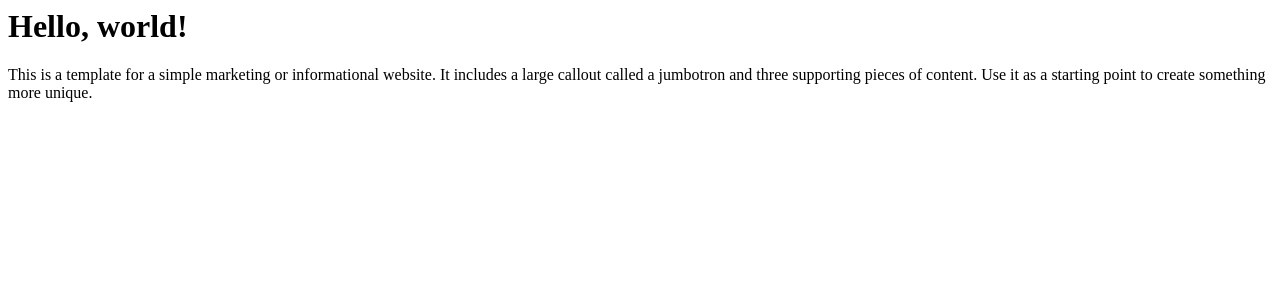
Repository: wwanglsu/MyCodes
Page: mars/angular-jaxrs-demo/WebContent/partials/about.html
An editor plug-in stored every save of this project. The page is shown before and after the next save, followed by the edit.
The browser window is 1280 px wide. The pictures show the whole page.

Above is the page before, as saved 2015-12-11 09:32:43.

After the next save:
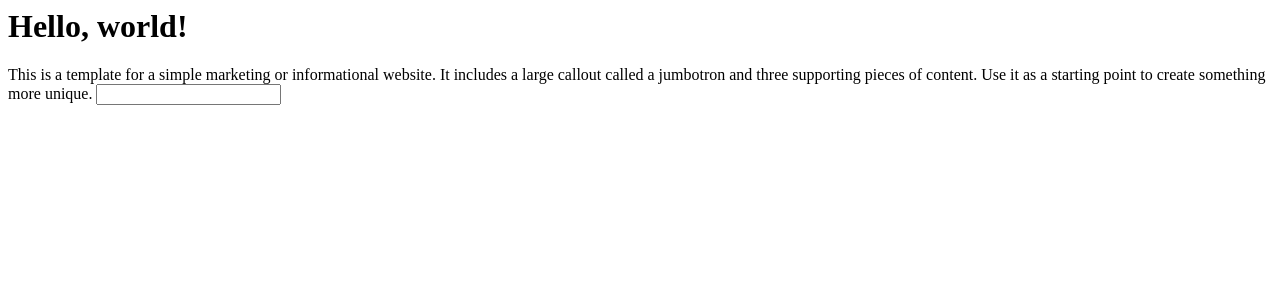
Saved 115 s later.
--- a/mars/angular-jaxrs-demo/WebContent/partials/about.html
+++ b/mars/angular-jaxrs-demo/WebContent/partials/about.html
@@ -1,8 +1,9 @@
-<div class="jumbotron">
+<div class="jumbotron" ng-controller="getWeatherController">
 	<h1>Hello, world!</h1>
 	<span>
 		This is a template for a simple marketing or informational website. It includes a large callout called a jumbotron and three supporting pieces of content. Use it as a starting point to create something more unique.
 	</span>
+	<input type="text" />
 
 
 </div>
